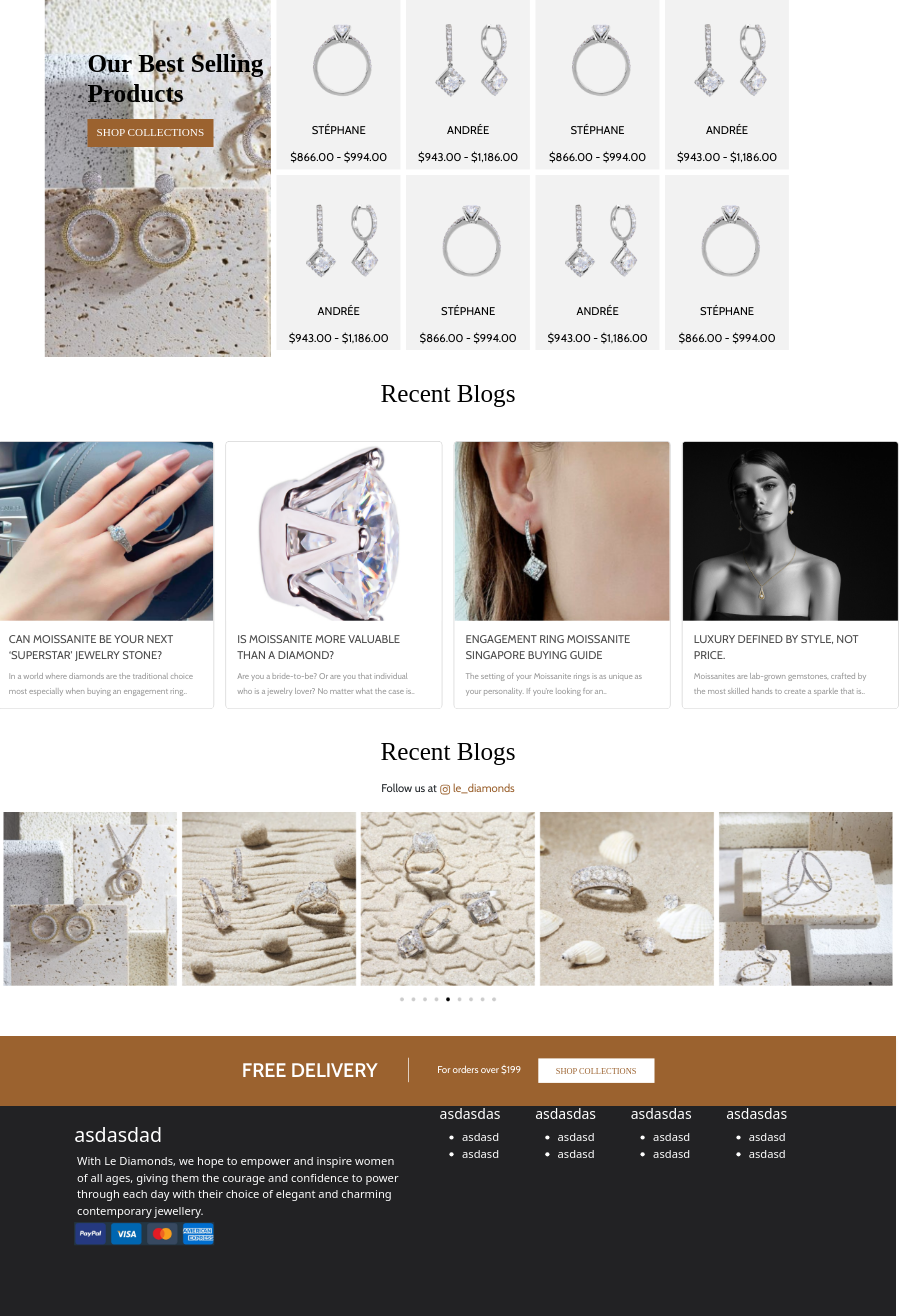
Repository: farrelmuhammad/lediamonds-vi8e
Page: /
The author's editor kept a copy of each file at every save. The page is drawn from the files as they stood at one save, then again after the next save.
The browser window is 1280 px wide. The page is 1292 px wide, so the pictures cover 1292 px, including what lies to the right of the window. The pictures show the part of the page from y = 2350 to 4230 px (the page is 4230 px tall), at 70% of full size.
The project was rebuilt for these pictures with package versions that can differ from the ones it lists, and the page was loaded fresh each time. Also part of the build but not shown: src/App.css.

Above is the page before, as saved 2022-09-17 16:05:42.

After the next save:
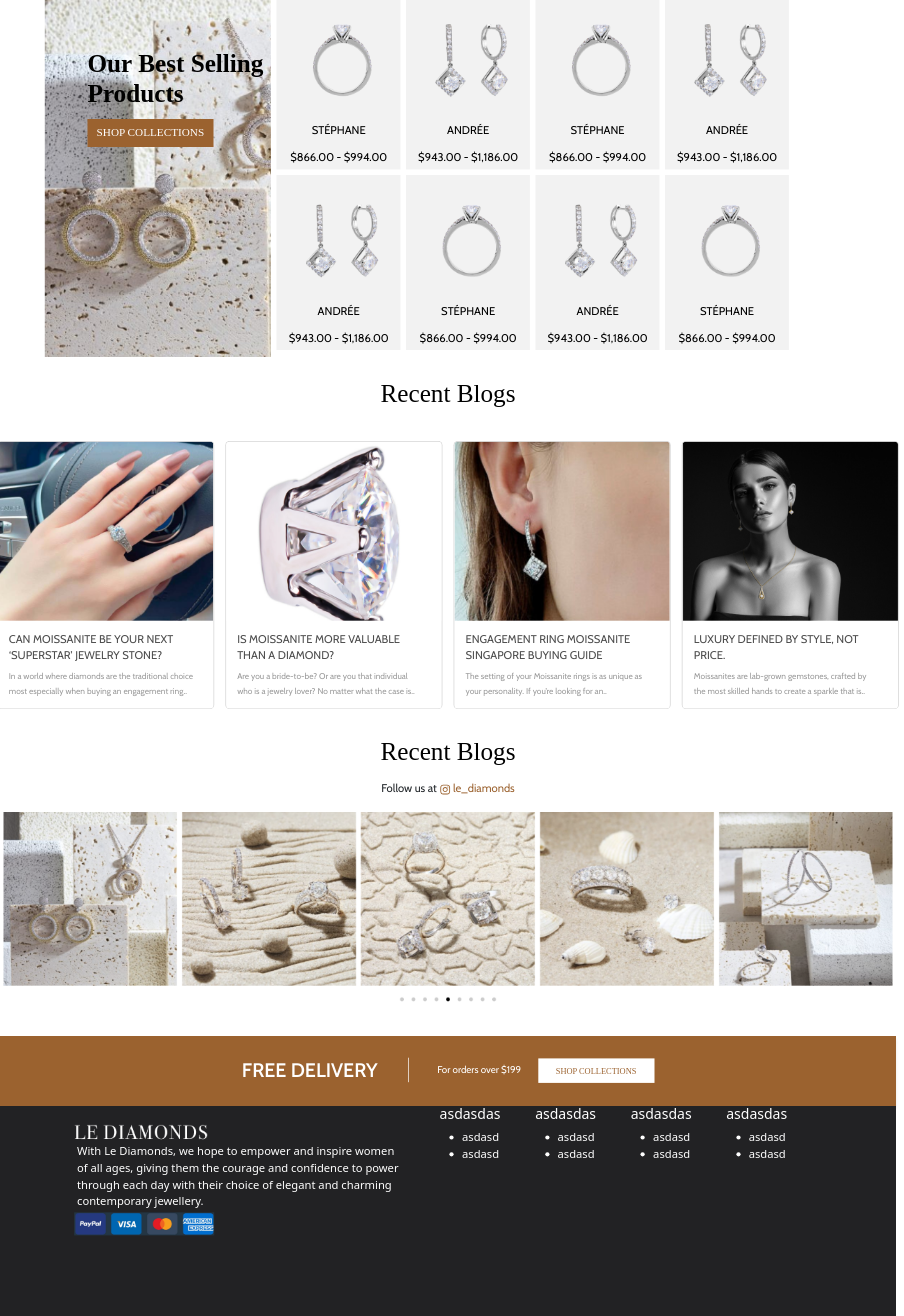
Saved 44 s later.
--- a/src/components/Footer.jsx
+++ b/src/components/Footer.jsx
@@ -1,5 +1,6 @@
 import React from "react";
 import Debit from '../assets/images/debit-card.png';
+import Logo from '../assets/images/logo-footer.png';
 
 const Footer = () => {
   return (
@@ -9,7 +10,7 @@ const Footer = () => {
           <div class="row">
             <div class="col">
               <div className="text-footer text-start p-4">
-                <h3>asdasdad</h3>
+                <img src={Logo} alt="" />
                 <p className="p-0 m-1">With Le Diamonds, we hope to empower and inspire women of all ages, giving them the courage and confidence to power through each day with their choice of elegant and charming contemporary jewellery.</p>
                 <img src={Debit} alt="" />
               </div>
